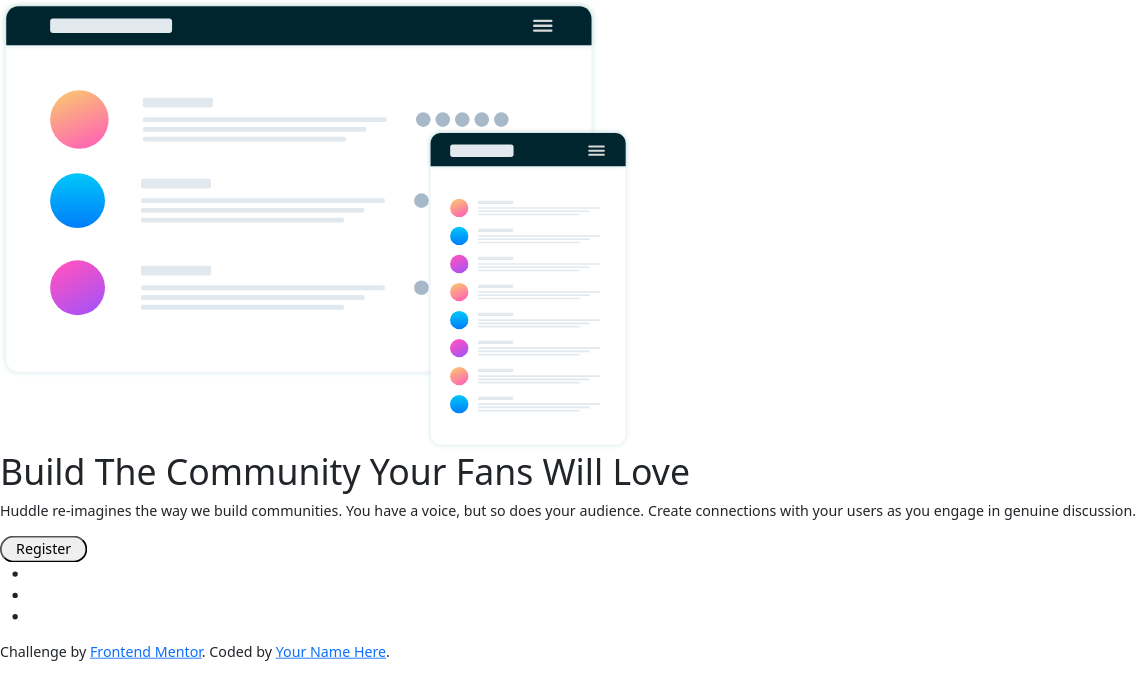
Repository: blordeus/huddle-landing-page-with-single-introductory-section-master
Page: index.html
These files come from the project's save history. The page is drawn as it stood at one moment and after a run of saves; the edit follows.
The browser window is 1280 px wide. The pictures show the whole page, at 89% of full size.

Above is the page before, as saved 2023-08-31 19:15:30.

### index.html
<!DOCTYPE html>
<html lang="en">
<head>
  <meta charset="UTF-8">
  <meta name="viewport" content="width=device-width, initial-scale=1.0"> <!-- displays site properly based on user's device -->

  <link rel="icon" type="image/png" sizes="32x32" href="./images/favicon-32x32.png">
  <link href="https://cdn.jsdelivr.net/npm/bootstrap@5.3.1/dist/css/bootstrap.min.css" rel="stylesheet" integrity="sha384-4bw+/aepP/YC94hEpVNVgiZdgIC5+VKNBQNGCHeKRQN+PtmoHDEXuppvnDJzQIu9" crossorigin="anonymous">

  <title>Frontend Mentor | Huddle landing page with single introductory section</title>

  <!-- Feel free to remove these styles or customise in your own stylesheet 👍 -->

</head>
<body>

  <section class="grid grid-rows-1 grid-cols-2 grid-flow-col">
    <img class="img-fluid" src="./images/illustration-mockups.svg" alt="illustration mockups">
    <h1>Build The Community Your Fans Will Love</h1>
    <p>
      Huddle re-imagines the way we build communities. You have a voice, but so does your audience.
      Create connections with your users as you engage in genuine discussion.
    </p>
    <button class="rounded-pill px-3 px-1">Register</button>
  </section>

  <div class="icons">
    <ul>
      <li><i class="fas fa-facebook    "></i></li>
      <li><i class="fas fa-twitter    "></i></li>
      <li><i class="fas fa-instagram  "></i></li>
    </ul>
  </div>

  <footer>
    <p class="attribution">
      Challenge by <a href="https://www.frontendmentor.io?ref=challenge" target="_blank">Frontend Mentor</a>.
      Coded by <a href="#">Your Name Here</a>.
    </p>
  </footer>
</body>
</html>

After the next 4 saves:
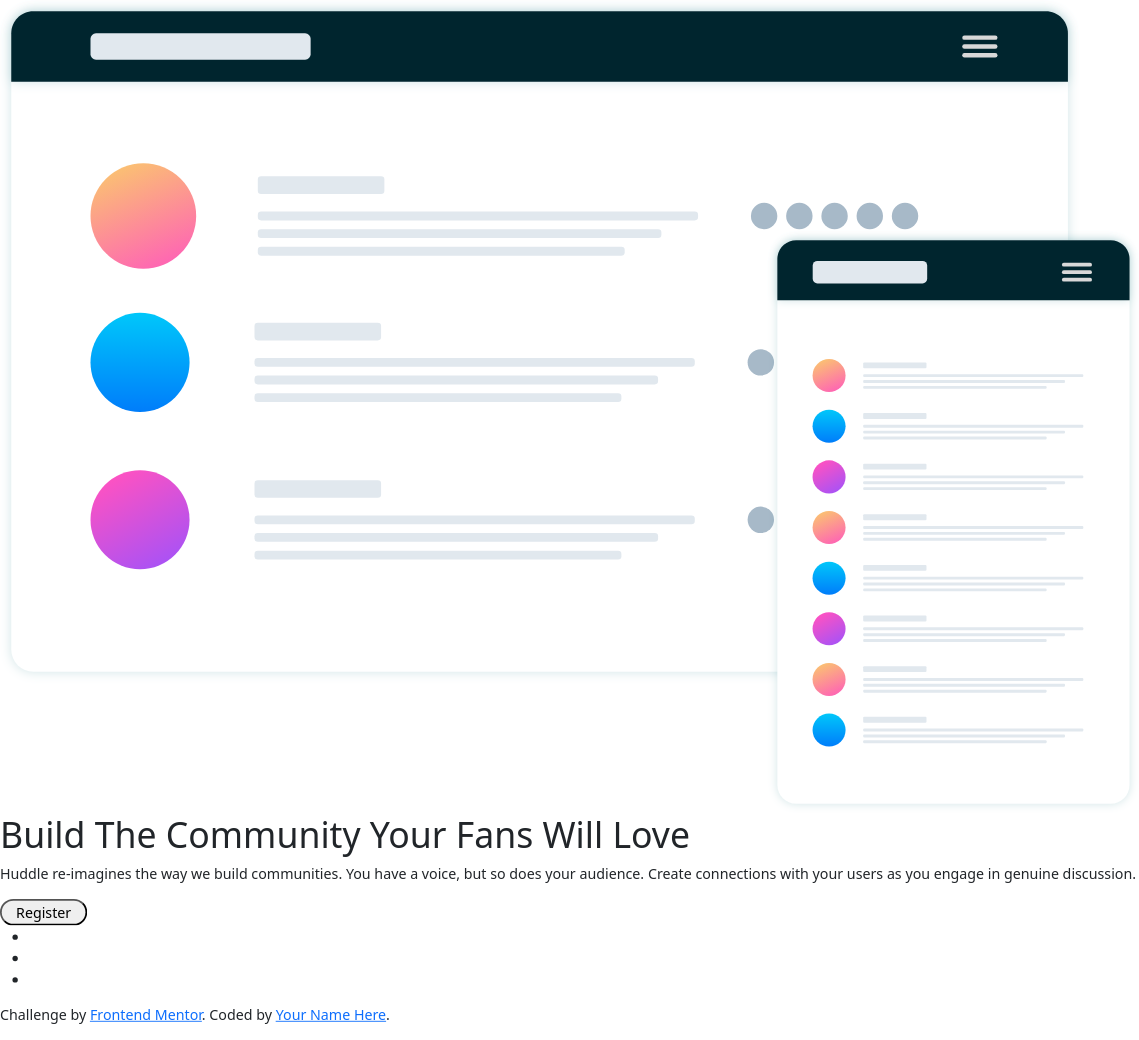
The 4 saves are shown as one change because they came seconds apart.
The last was saved 15 s later.
--- a/index.html
+++ b/index.html
@@ -15,7 +15,7 @@
 <body>
 
   <section class="grid grid-rows-1 grid-cols-2 grid-flow-col">
-    <img class="img-fluid" src="./images/illustration-mockups.svg" alt="illustration mockups">
+    <img class="img-fluid w-100" src="./images/illustration-mockups.svg" alt="illustration mockups">
     <h1>Build The Community Your Fans Will Love</h1>
     <p>
       Huddle re-imagines the way we build communities. You have a voice, but so does your audience.

After the save that followed:
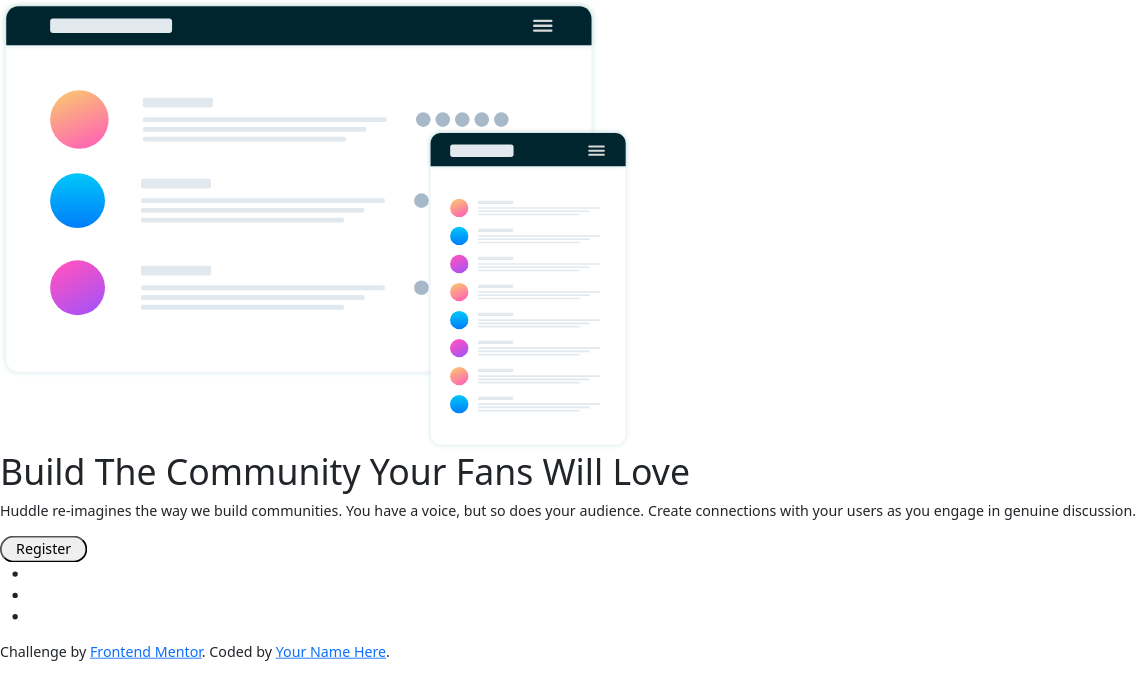
Saved 5 s later.
--- a/index.html
+++ b/index.html
@@ -15,7 +15,7 @@
 <body>
 
   <section class="grid grid-rows-1 grid-cols-2 grid-flow-col">
-    <img class="img-fluid w-100" src="./images/illustration-mockups.svg" alt="illustration mockups">
+    <img class="img-fluid max-w-100" src="./images/illustration-mockups.svg" alt="illustration mockups">
     <h1>Build The Community Your Fans Will Love</h1>
     <p>
       Huddle re-imagines the way we build communities. You have a voice, but so does your audience.
